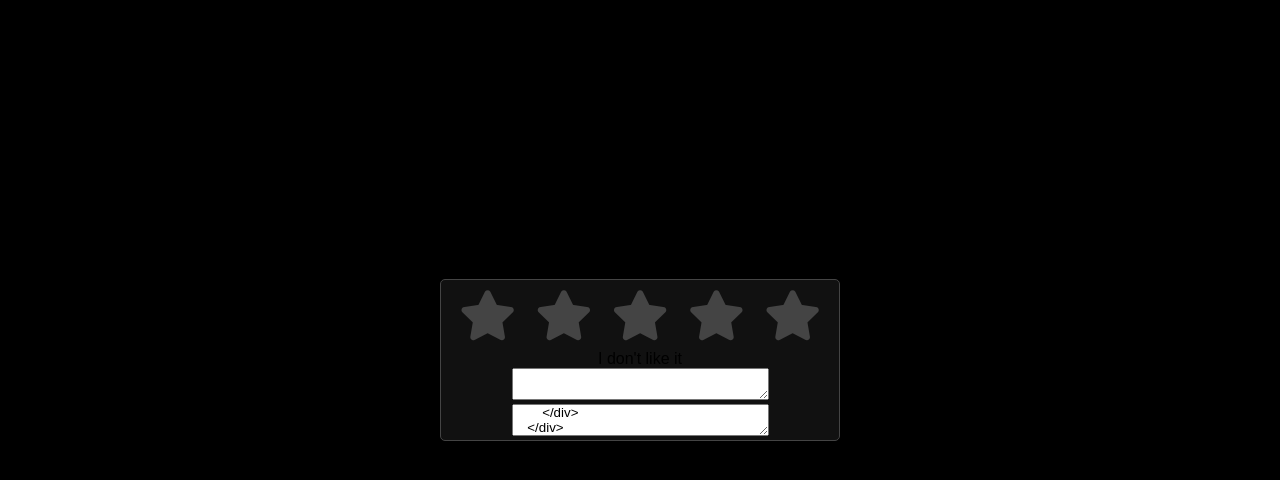
Repository: Suryansh-D/Star-Ratings
Page: index.html
These files come from the project's save history. The page is drawn as it stood at one moment and after a run of saves; the edit follows.
The browser window is 1280 px wide. The pictures show the whole page.

Above is the page before, as saved 2024-02-03 09:45:39.

After the next 2 saves:
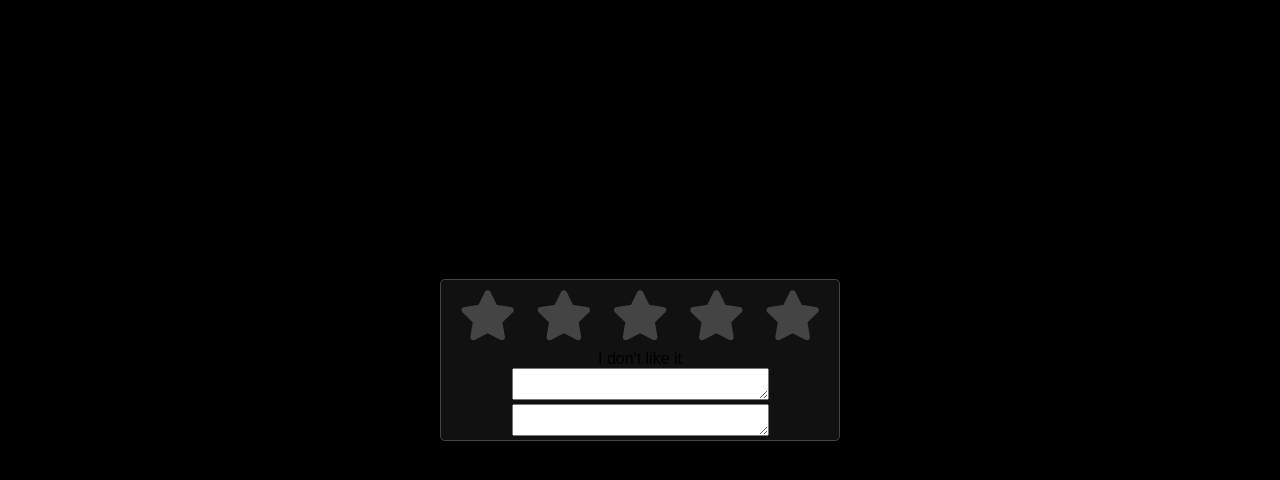
The 2 saves are shown as one change because they came seconds apart.
The last was saved 7 s later.
--- a/index.html
+++ b/index.html
@@ -26,7 +26,7 @@
                 <textarea cols="30"></textarea>
                 <div>
                     <div class="btn">
-                        <textarea cols="30">
+                        <textarea cols="30"></textarea>
         </div>
     </div>
     <script></script>
